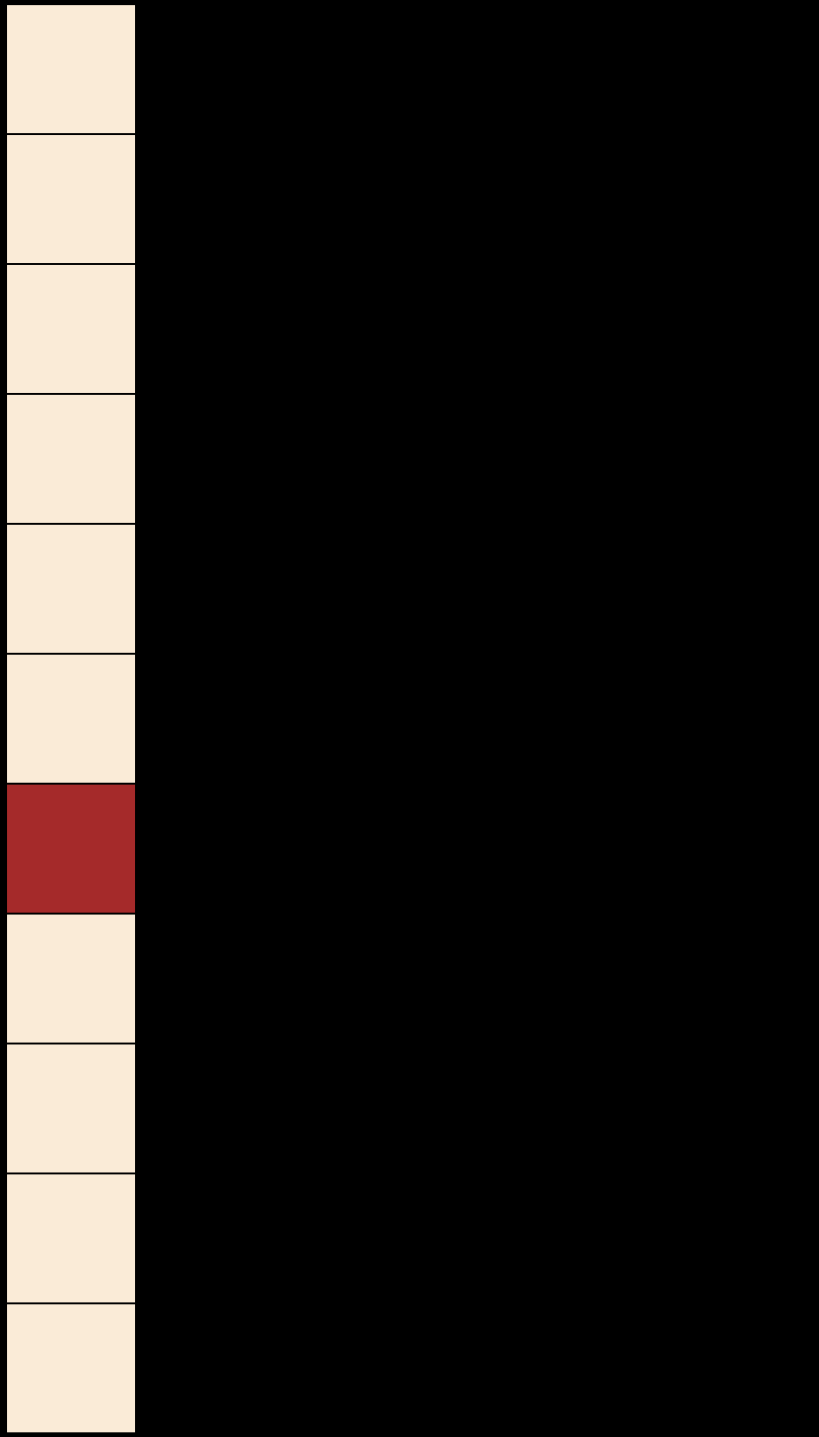
Repository: sephinejo/frontend-browser-101
Page: browser/window-coordinates.html
These files come from the project's save history. The page is drawn as it stood at one moment and after the next save; the edit follows.
The browser window is 1280 px wide. The pictures show the whole page, at 64% of full size.

Above is the page before, as saved 2023-05-10 14:56:08.

### browser/window-coordinates.html
<!DOCTYPE html>
<html lang="en">
  <head>
    <meta charset="UTF-8" />
    <meta http-equiv="X-UA-Compatible" content="IE=edge" />
    <meta name="viewport" content="width=device-width, initial-scale=1.0" />
    <title>Coordinates</title>
    <style>
      body {
        background-color: black;
      }
      .box {
        width: 200px;
        height: 200px;
        margin: 3px;
        background-color: antiquewhite;
      }
      .special {
        background-color: brown;
      }
    </style>
  </head>
  <body>
    <div class="box"></div>
    <div class="box"></div>
    <div class="box"></div>
    <div class="box"></div>
    <div class="box"></div>
    <div class="box"></div>
    <div class="box special"></div>
    <div class="box"></div>
    <div class="box"></div>
    <div class="box"></div>
    <div class="box"></div>
    <script>
      function findXY() {
        const special = document.querySelector('.special');
        window.addEventListener('click', () => {
          const rect = special.getBoundingClientRect();
          console.log(`client: ${rect.x}, ${rect.y}`);
          console.log(`page: ${rect.right}, ${rect.bottom}`);
        });
      }
      findXY();
    </script>
  </body>
</html>

After the next save:
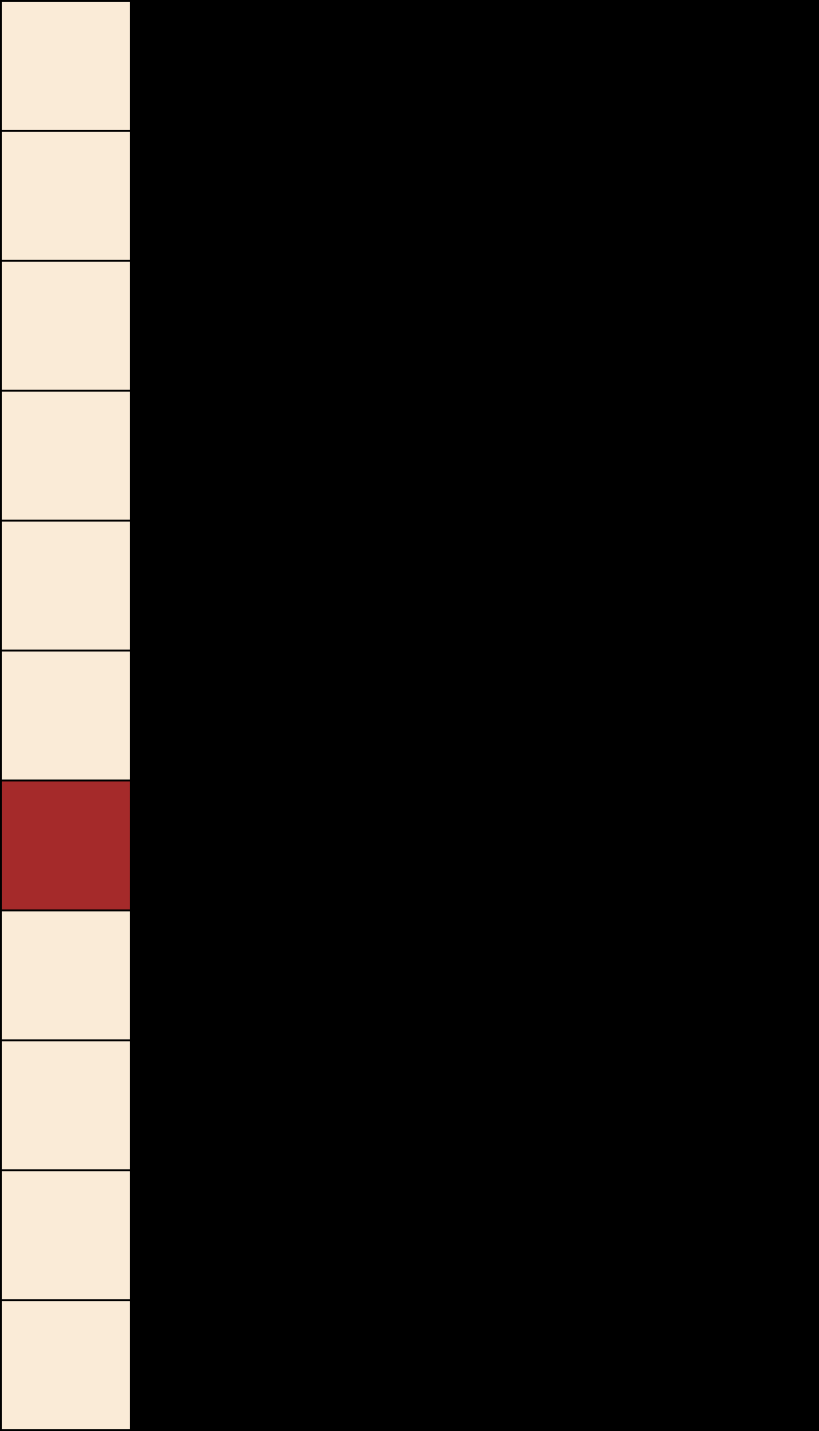
Saved 23 s later.
--- a/browser/window-coordinates.html
+++ b/browser/window-coordinates.html
@@ -6,6 +6,9 @@
     <meta name="viewport" content="width=device-width, initial-scale=1.0" />
     <title>Coordinates</title>
     <style>
+      * {
+        margin: 0;
+      }
       body {
         background-color: black;
       }

After the 4 saves that followed:
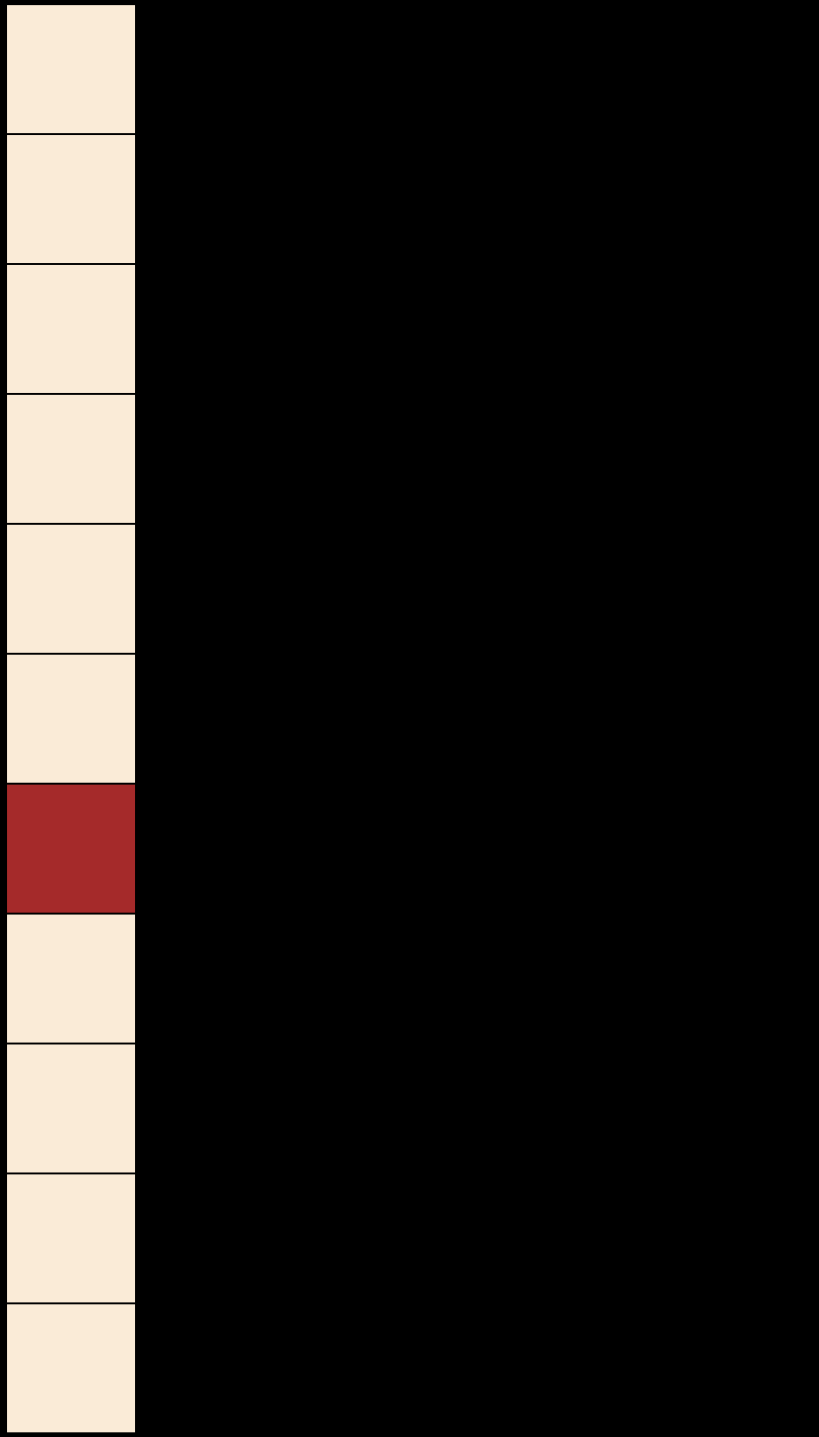
The 4 saves are shown as one change because 3 left the picture as it was.
The last was saved 45 s later.
--- a/browser/window-coordinates.html
+++ b/browser/window-coordinates.html
@@ -4,11 +4,8 @@
     <meta charset="UTF-8" />
     <meta http-equiv="X-UA-Compatible" content="IE=edge" />
     <meta name="viewport" content="width=device-width, initial-scale=1.0" />
-    <title>Coordinates</title>
+    <title>Axios</title>
     <style>
-      * {
-        margin: 0;
-      }
       body {
         background-color: black;
       }
